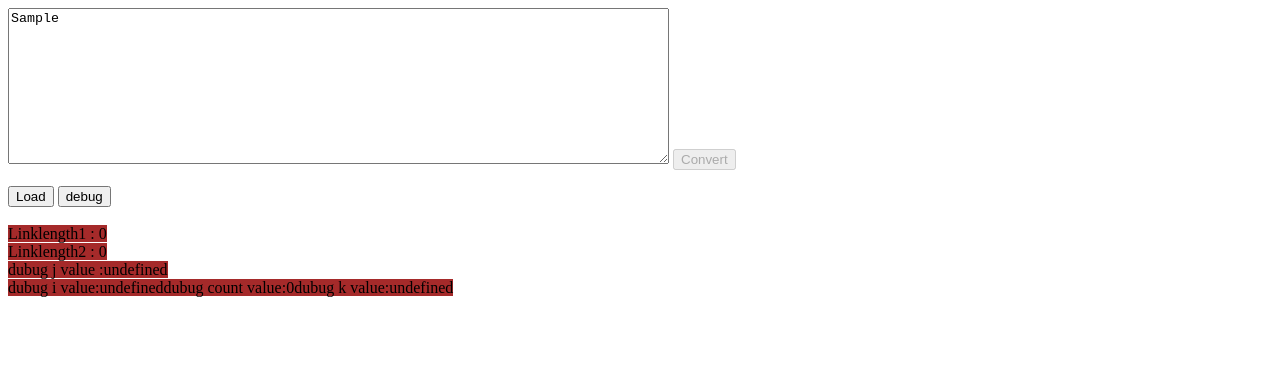
Repository: bazidaz/platform
Page: platform14.html
The author's editor kept a record of every edit. The page is drawn from the files as they stood at one moment, then again after the next edit.
The browser window is 1280 px wide. The pictures show the whole page.
Empty fields were first filled with sample values (such as "Sample", 5 or name@example.com).
After loading, the first visible `#debug` was clicked once.
Some web libraries are served in a nearby version.

Above is the page before.

After the next edit:
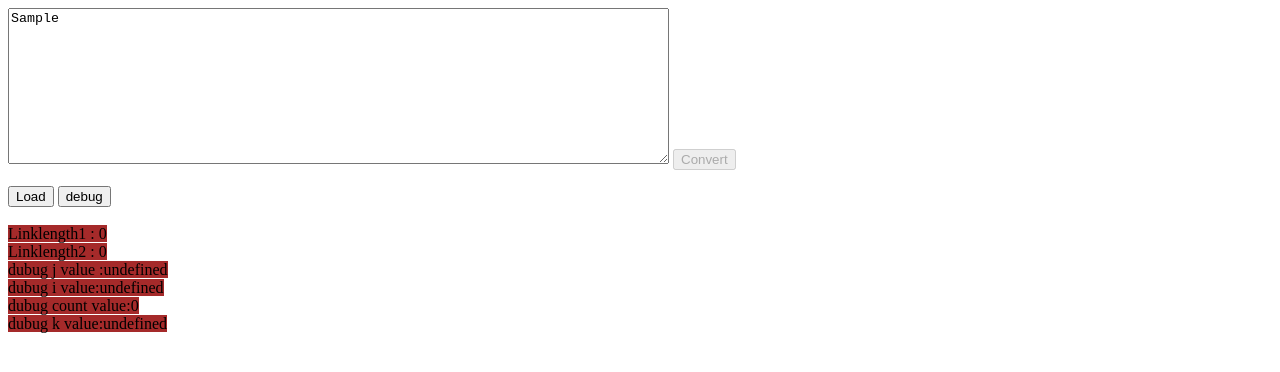
The edit:
--- a/jscript.js
+++ b/jscript.js
@@ -67,9 +67,9 @@
               $('#sDebug').append('<br>' +"Linklength1 : " + link.length + '<br>');
               $('#sDebug').append("Linklength2 : " + link2.length + '<br>');
               $("#sDebug").append("dubug j value :" + j + '<br>');
-              $('#sDebug').append("dubug i value:" + i + '<br');
-              $('#sDebug').append("dubug count value:" + count + '<br');
-              $('#sDebug').append("dubug k value:" + k + '<br');
+              $('#sDebug').append("dubug i value:" + i + '<br>');
+              $('#sDebug').append("dubug count value:" + count + '<br>');
+              $('#sDebug').append("dubug k value:" + k + '<br>');
     });
 
 });
